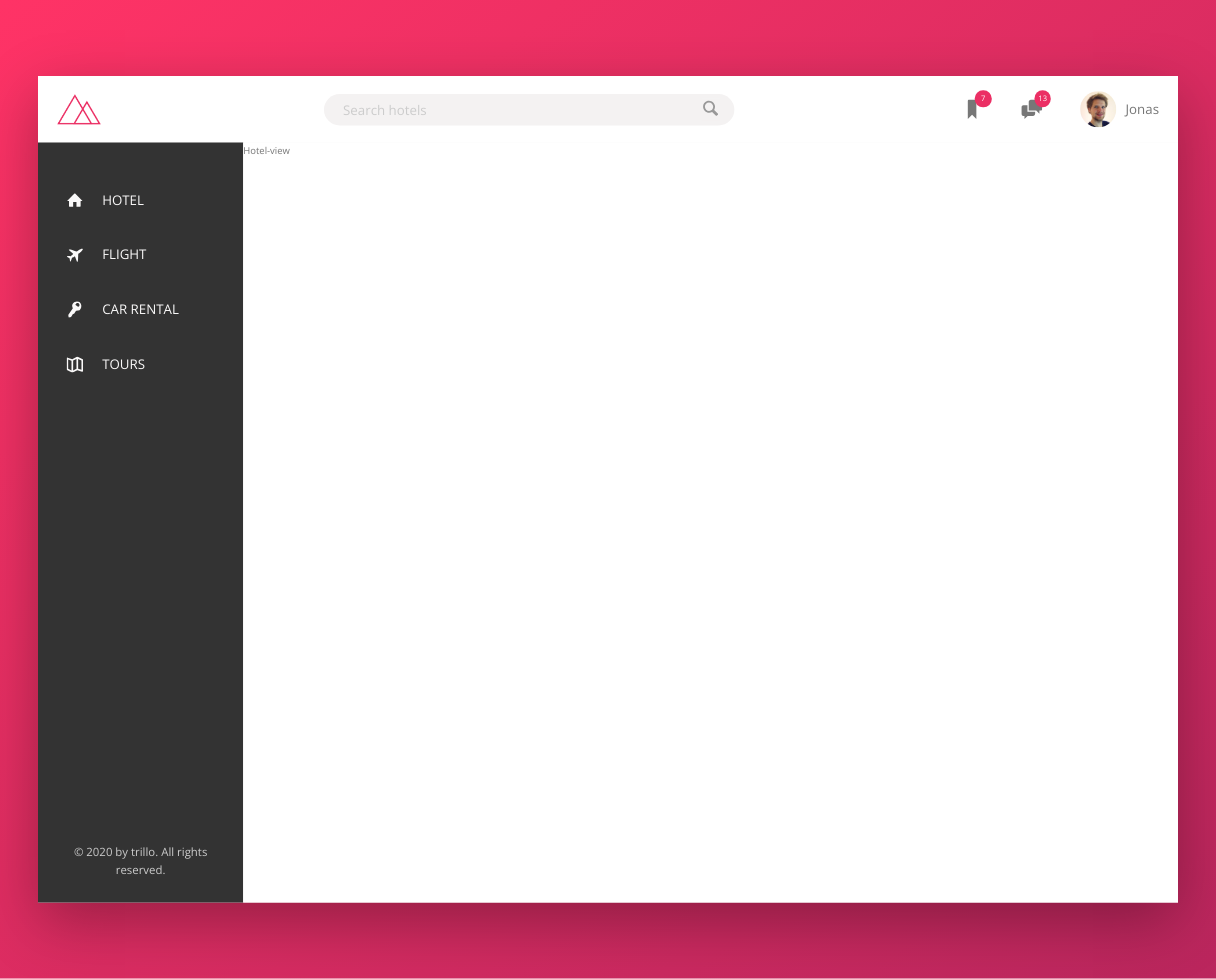
Repository: Lithium87/Trillo
Page: index.html
The author's editor kept a copy of each file at every save. The page is drawn from the files as they stood at one save, then again after the next save.
The browser window is 1280 px wide. The pictures show the whole page, at 95% of full size.
The style sheet was rebuilt from its Sass, Less or Tailwind sources for each picture, by a compiler version that may differ from the author's.

Above is the page before, as saved 2020-05-16 00:37:53.

After the next save:
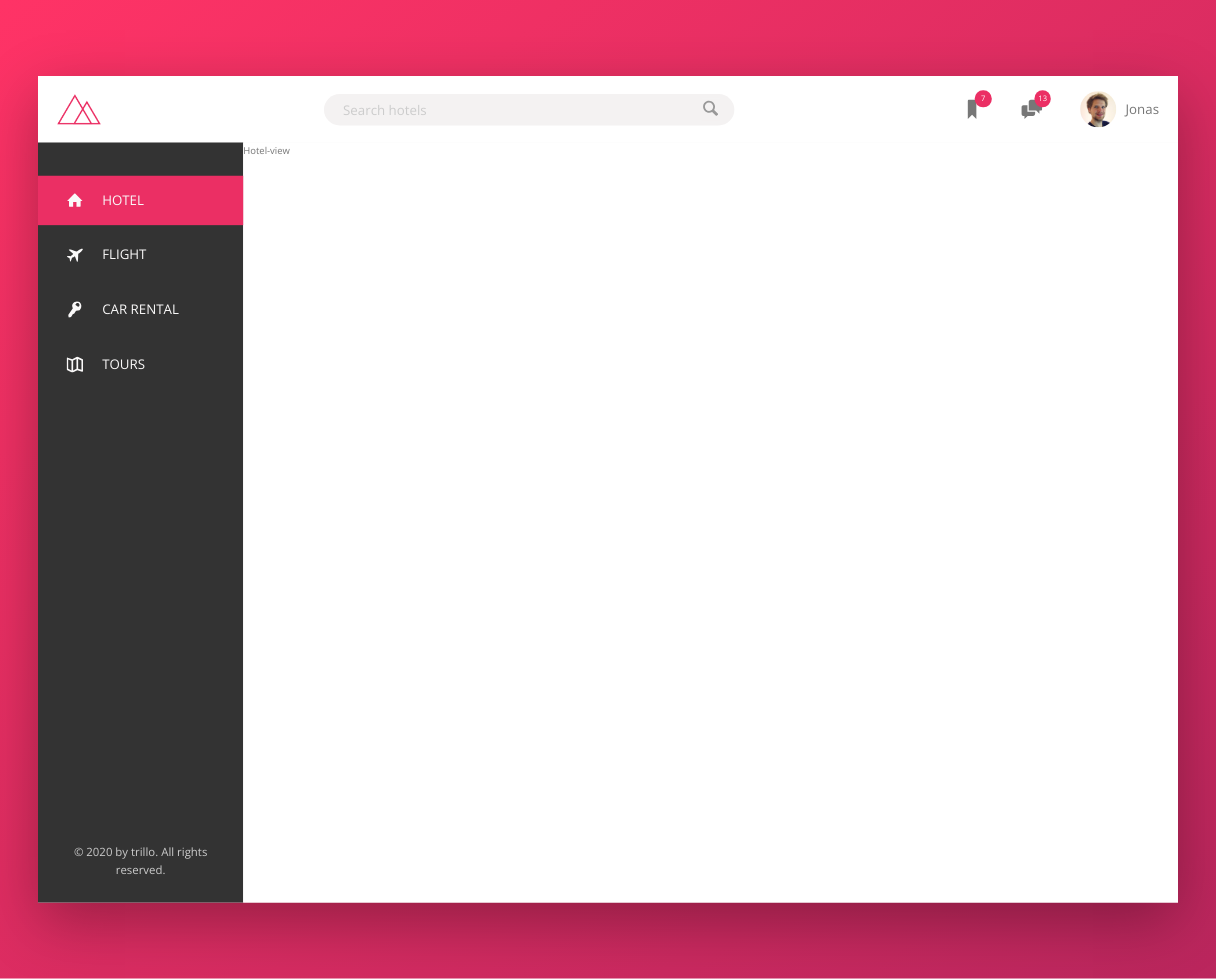
Saved 34 s later.
--- a/sass/_components.scss
+++ b/sass/_components.scss
@@ -122,7 +122,7 @@
         transition: transform .2s, width .4s cubic-bezier(1, 0, 0, 1) .2s;
     }
     &__item:hover::before,
-    &__item--active {
+    &__item--active::before {
         transform: scaleY(1);
         width: 100%;
     }
